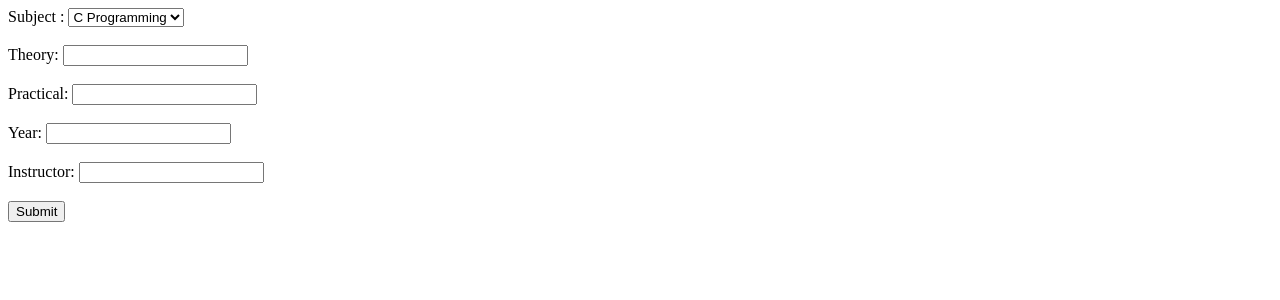
Repository: 1919satya/Mode2
Page: http://localhost/CollegeCms/AddSubjects.jsp
An editor plug-in stored every save of this project. The page is shown before and after the next save, followed by the edit.
The browser window is 1280 px wide. The pictures show the whole page.
The page is served by Tomcat 9. Other server files are loaded and not shown.

Above is the page before, as saved 2019-09-04 06:05:21.

### CMS/CollegeCms/src/main/webapp/AddSubjects.jsp
<%@ page language="java" contentType="text/html; charset=ISO-8859-1"
    pageEncoding="ISO-8859-1"%>
<!DOCTYPE html PUBLIC "-//W3C//DTD HTML 4.01 Transitional//EN" "http://www.w3.org/TR/html4/loose.dtd">
<html>
<head>
<meta http-equiv="Content-Type" content="text/html; charset=ISO-8859-1">
<title>Insert title here</title>
</head>
<body>
    <form method="get" action="AddCourse.jsp" name="product">
 Subject :
<select name="subject" id="dropdown" onchange="change()">
<option  value="C" >C Programming</option>
<option  value="C++" >C++</option>
<option  value="java" >Java</option>
<option  value="html" >HTML</option>
<option  value="springs" >Springs</option>
</select><br/><br/>
Theory:
<input type="text" id="theory" name="theory"/><br/><br/>
Practical:
<input type="text" id="practical" name="practical"/><br/><br/>
Year:
<input type="text"  name="year"/><br/><br/>
Instructor:
<input type="text"  name="instructor"/><br/><br/>
<input type="submit"  name="add"/>
    </form>
    <script>
    function change(){
    	var pd= document.getElementById("dropdown").value;
    	if(pd=="C") {
        	product.theory.value="46";
        	product.practical.value="53";
    if(pd =="C++"){
    	product.theory.value="42";
    	product.practical.value="14";
    }
    if(dval =="java"){
    	product.theory.value="90";
    	product.practical.value="50";
    }
    if(dval =="html"){
    	product.theory.value="90";
    	product.practical.value="50";
    }
    if(dval =="springs"){
    	product.theory.value="69";
    	product.practical.value="41";
    }
    }
    }
    </script>


</body>
</html>

After the next save:
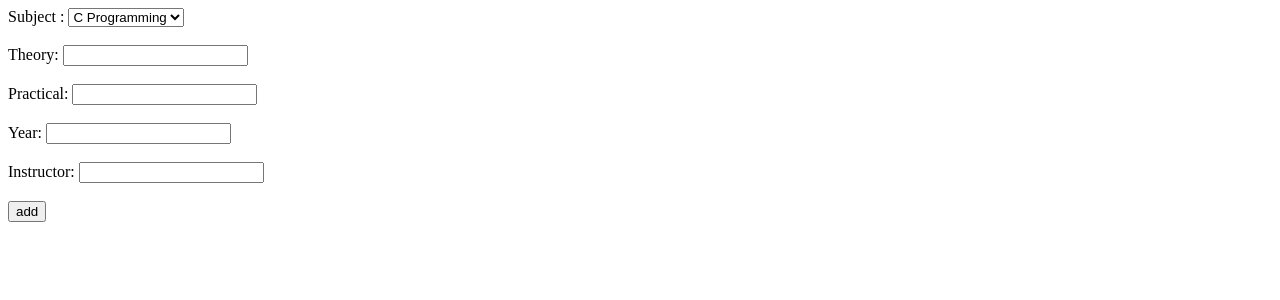
Saved 60 s later.
--- a/CMS/CollegeCms/src/main/webapp/AddSubjects.jsp
+++ b/CMS/CollegeCms/src/main/webapp/AddSubjects.jsp
@@ -24,7 +24,7 @@ Year:
 <input type="text"  name="year"/><br/><br/>
 Instructor:
 <input type="text"  name="instructor"/><br/><br/>
-<input type="submit"  name="add"/>
+<input type="submit"  value="add"/>
     </form>
     <script>
     function change(){
